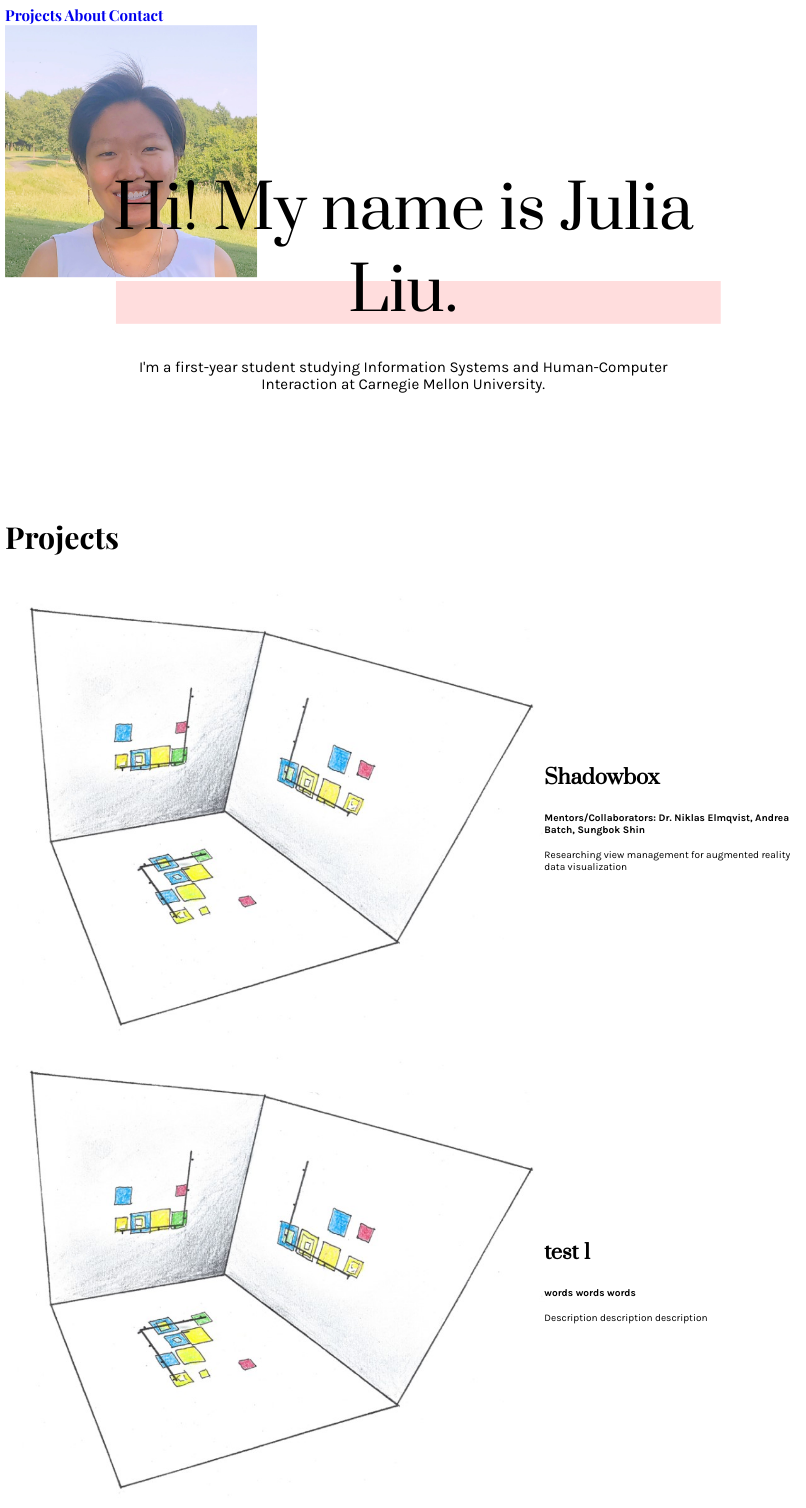
Repository: liu-julia/liu-julia.github.io
Page: index.html
An editor plug-in stored every save of this project. The page is shown before and after the next save, followed by the edit.
The browser window is 1280 px wide. The pictures show the whole page, at 63% of full size.

Above is the page before, as saved 2022-04-26 22:51:02.

After the next save:
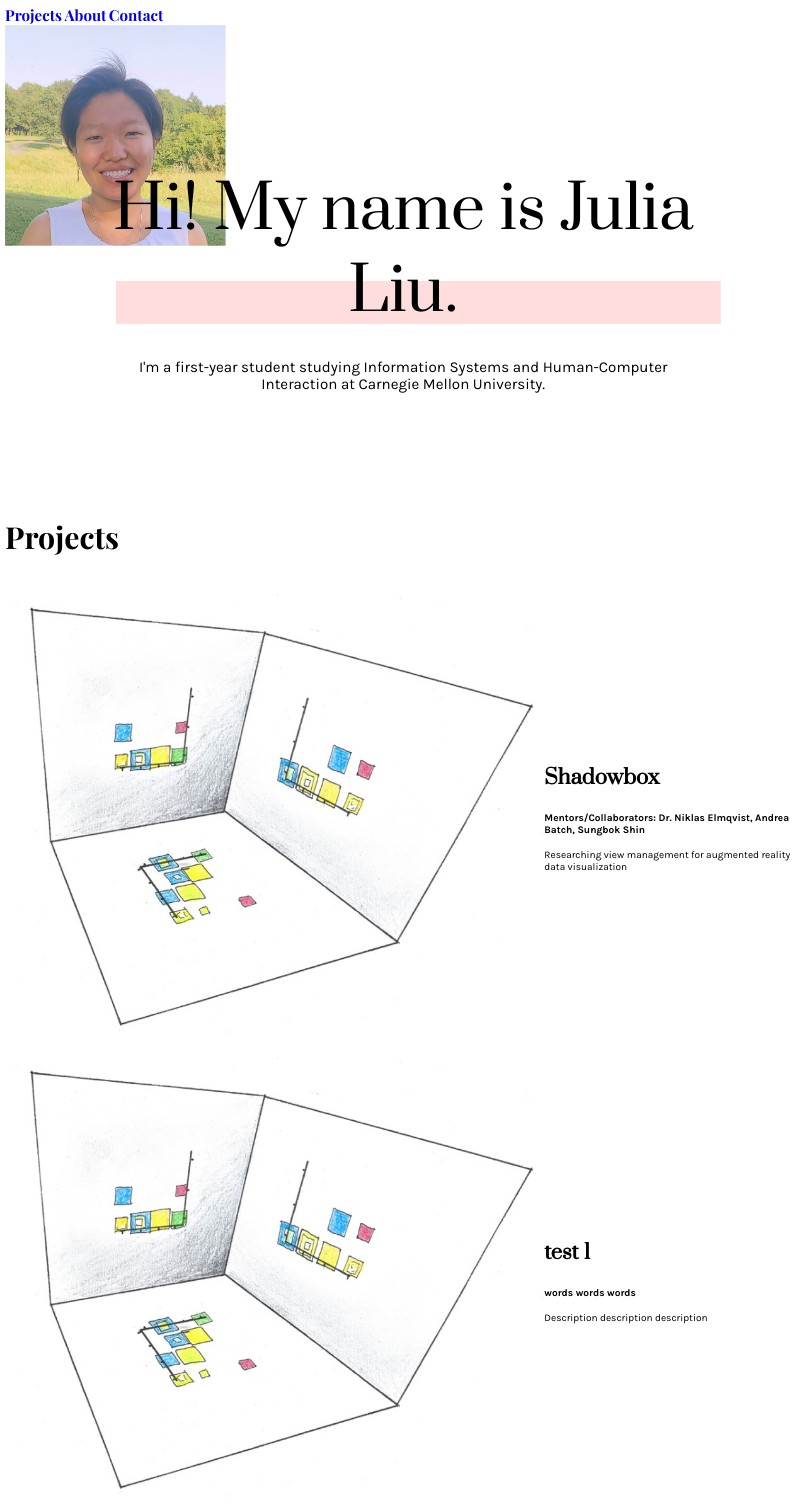
Saved 17 s later.
--- a/css/styles.css
+++ b/css/styles.css
@@ -69,6 +69,6 @@ a {
     align-items: center;
 }
 #face {
-    width: 400px;
-    height: 400px;
+    width: 350px;
+    height: 350px;
 }
